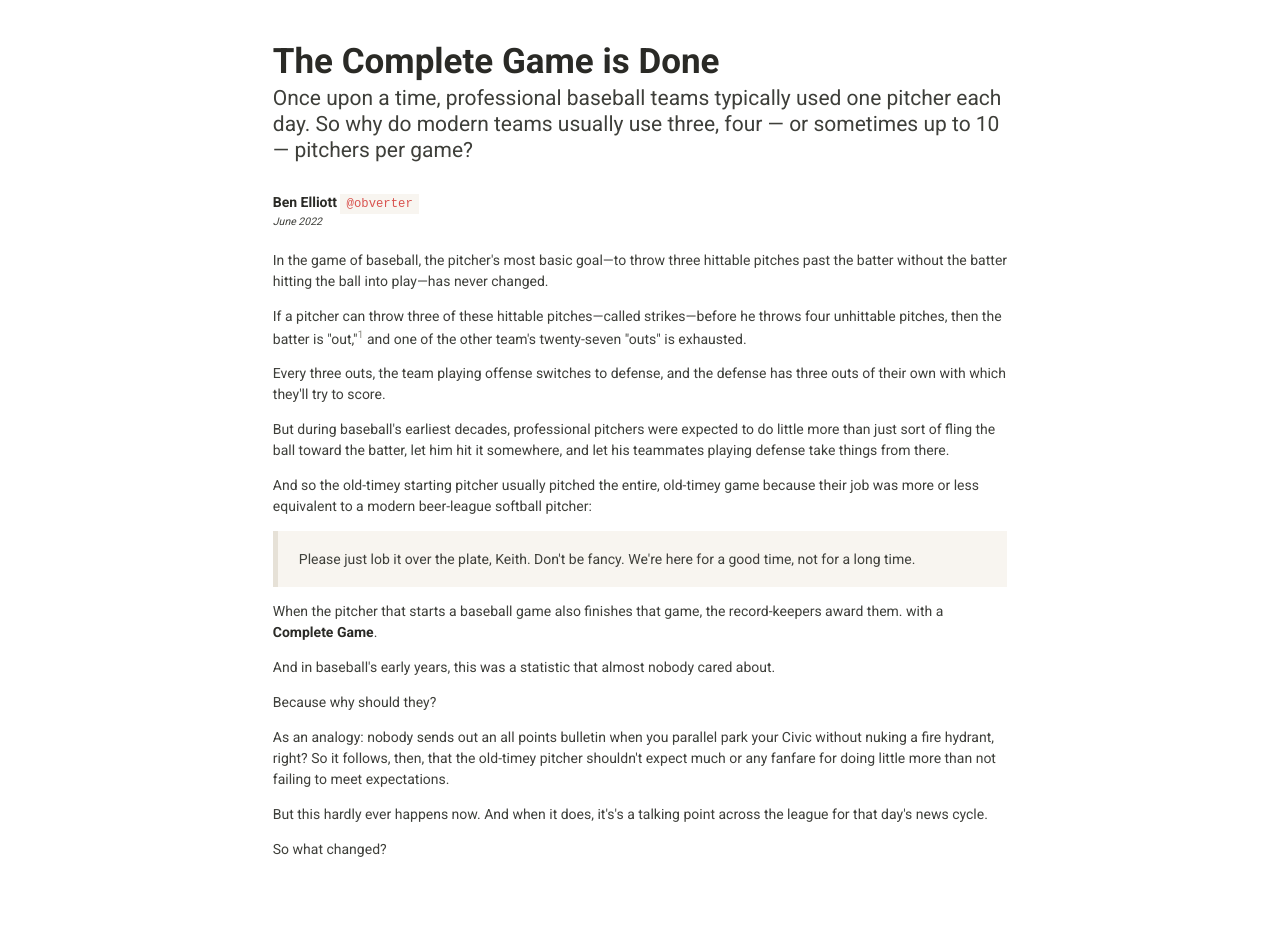
Repository: obverter/complete-games-are-done
Page: index.html
These files come from the project's save history. The page is drawn as it stood at one moment and after the next save; the edit follows.
The browser window is 1280 px wide. The pictures show the part of the page from y = 0 to 952 px (the page is 1645 px tall before and 1701 px after).
Pictures or frames that could not be fetched are drawn as grey boxes.

Above is the page before, as saved 2022-06-24 20:43:57.

### index.html
<!DOCTYPE html>
<html>
    <head>
        <meta charset="utf-8" />
        <meta name="viewport" content="width=device-width, initial-scale=1" />
        <title>Complete Games Are Done</title>
        <!-- todo: Title above is the text in the browser tab. -->
        <link rel="stylesheet" href="docs/bulmaswap.min.css" />
    </head>

    <body>
        <section class="section">
            <div class="content is-0">
                <div class="columns">
                    <div class="column is-one-fifth"></div>
                    <div class="column is-three-fifths">
                        <h1 class="title is-2">The Complete Game is Done</h1>
                        <!-- todo: Title above is the Content title. -->
                        <p class="subtitle is-4">
                            Once upon a time, professional baseball teams
                            typically used one pitcher each day. So why do
                            modern teams usually use three, four — or sometimes
                            up to 10 — pitchers per game?
                            <!-- todo: Subtitle above is the Content subtitle. -->
                        </p>
                    </div>
                    <!-- <div class="column is-one-fifth"></div> -->
                </div>
            </div>
            <div class="columns">
                <div class="column is-one-fifth"></div>
                <div class="column is-three-fifths">
                    <h6 class="title is-6">
                        Ben Elliott <code>@obverter</code>
                    </h6>
                    <h6 class="subtitle is-7"><em>June 2022</em></h6>
                    <div class="content">
                        <p>
                            In the game of baseball, the pitcher's most basic
                            goal—to throw three hittable pitches past the batter
                            without the batter hitting the ball into play—has
                            never changed.
                        </p>
                        <p>
                            If a pitcher can throw three of these hittable
                            pitches—called strikes—before he throws four
                            unhittable pitches, then the batter is "out,"<sup
                                ><a href="#fn1" id="ref1">1</a></sup
                            >
                            and one of the other team's twenty-seven "outs" is
                            exhausted.
                        </p>
                        <p>
                            Every three outs, the team playing offense switches
                            to defense, and the defense has three outs of their
                            own with which they'll try to score.
                        </p>
                        <p>
                            But during baseball's earliest decades, professional
                            pitchers were expected to do little more than just
                            sort of fling the ball toward the batter, let him
                            hit it somewhere, and let his teammates playing
                            defense take things from there.
                        </p>
                        <p>
                            And so the old-timey starting pitcher usually
                            pitched the entire, old-timey game because their job
                            was more or less equivalent to a modern beer-league
                            softball pitcher:
                        </p>
                        <blockquote>
                            Please just lob it over the plate, Keith. Don't be
                            fancy. We're here for a good time, not for a long
                            time.
                        </blockquote>
                        <p>
                            When the pitcher that starts a baseball game also
                            finishes that game, the record-keepers award them.
                            with a <strong>Complete Game</strong>.
                        </p>
                        <p>
                            And in baseball's early years, this was a statistic
                            that almost nobody cared about.
                        </p>
                        <p>Because why should they?</p>
                        <p>
                            As an analogy: nobody sends out an all points
                            bulletin when you parallel park your Civic without
                            nuking a fire hydrant, right? So it follows, then,
                            that the old-timey pitcher shouldn't expect much or
                            any fanfare for doing little more than not failing
                            to meet expectations.
                        </p>
                        <p>
                            But this hardly ever happens now. And when it does,
                            it's's a talking point across the league for that
                            day's news cycle.
                        </p>
                        <p>So what changed?</p>
                        <iframe
                            title="Pitching a Complete Game: Once Normal, Now Novel"
                            aria-label="Scatter Plot"
                            id="datawrapper-chart-UmZWo"
                            src="https://datawrapper.dwcdn.net/UmZWo/4/"
                            scrolling="no"
                            frameborder="0"
                            style="
                                width: 0;
                                min-width: 100% !important;
                                border: none;
                            "
                            height="678"
                        ></iframe>
                        <script type="text/javascript">
                            !(function () {
                                "use strict";
                                window.addEventListener(
                                    "message",
                                    function (e) {
                                        if (
                                            void 0 !==
                                            e.data["datawrapper-height"]
                                        ) {
                                            var t =
                                                document.querySelectorAll(
                                                    "iframe"
                                                );
                                            for (var a in e.data[
                                                "datawrapper-height"
                                            ])
                                                for (
                                                    var r = 0;
                                                    r < t.length;
                                                    r++
                                                ) {
                                                    if (
                                                        t[r].contentWindow ===
                                                        e.source
                                                    )
                                                        t[r].style.height =
                                                            e.data[
                                                                "datawrapper-height"
                                                            ][a] + "px";
                                                }
                                        }
                                    }
                                );
                            })();
                        </script>

                        <sup id="fn1"
                            >1. For my beloved baseball pedants: I know that the
                            rules around strikes
                            <a
                                href="https://www.baseball-almanac.com/articles/strike_zone_rules_history.shtml"
                                >haven't always been carved in stone</a
                            >. But let's cut me a little slack and agree that
                            the 1880s were a weird time for everyone.
                            <a
                                href="#ref1"
                                title="Jump back to footnote 1 in the text."
                                >↩</a
                            ></sup
                        >
                    </div>
                </div>
                <div class="column is one-fifth"></div>
            </div>
        </section>
    </body>
</html>

Loaded but not shown: docs/bulmaswap.min.css (library)

After the next save:
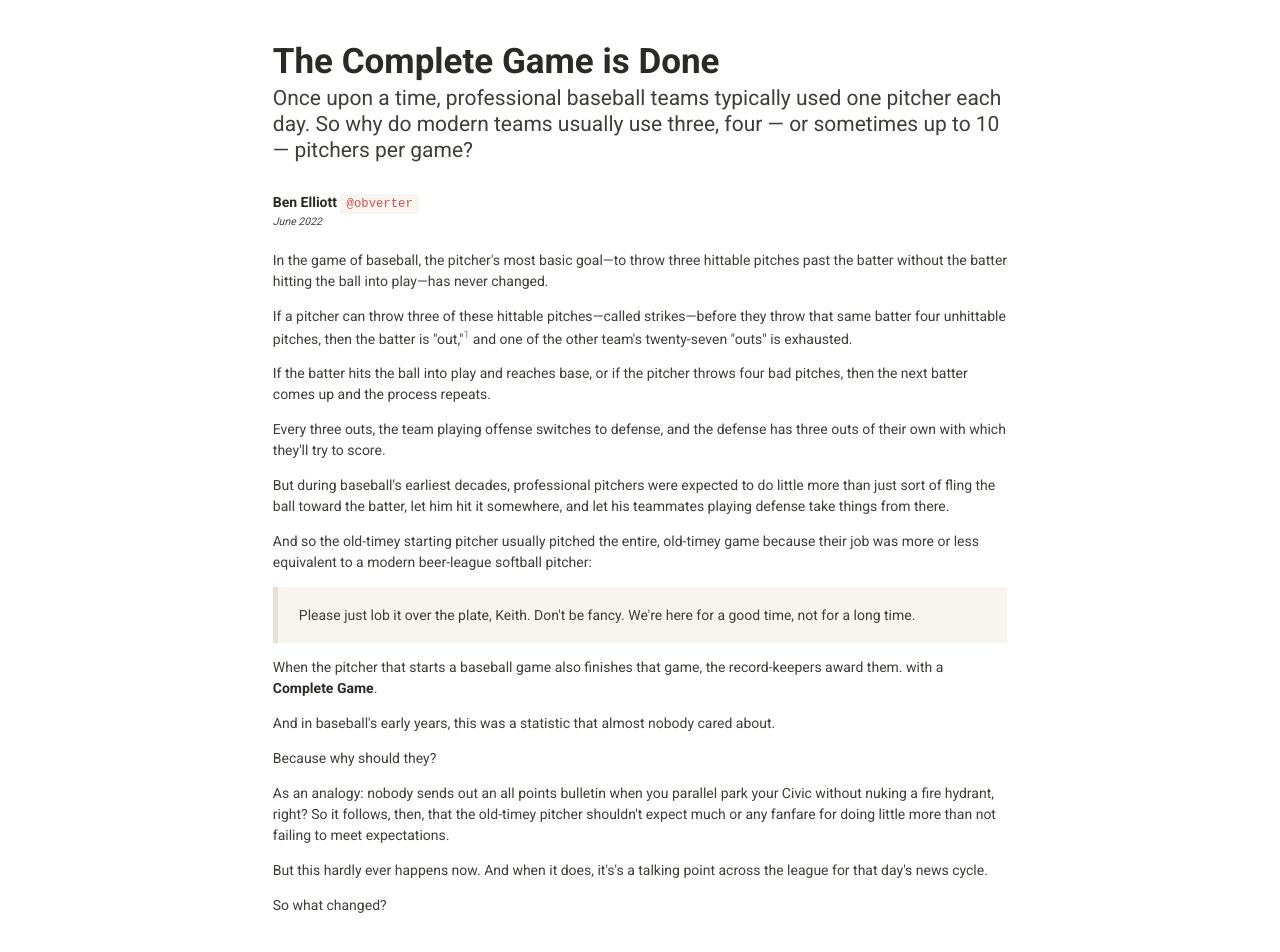
Saved 2 min 41 s later.
--- a/index.html
+++ b/index.html
@@ -43,12 +43,17 @@
                         </p>
                         <p>
                             If a pitcher can throw three of these hittable
-                            pitches—called strikes—before he throws four
-                            unhittable pitches, then the batter is "out,"<sup
-                                ><a href="#fn1" id="ref1">1</a></sup
-                            >
+                            pitches—called strikes—before they throw that same
+                            batter four unhittable pitches, then the batter is
+                            "out,"<sup><a href="#fn1" id="ref1">1</a></sup>
                             and one of the other team's twenty-seven "outs" is
                             exhausted.
+                        </p>
+                        <p>
+                            If the batter hits the ball into play and reaches
+                            base, or if the pitcher throws four bad pitches,
+                            then the next batter comes up and the process
+                            repeats.
                         </p>
                         <p>
                             Every three outs, the team playing offense switches
